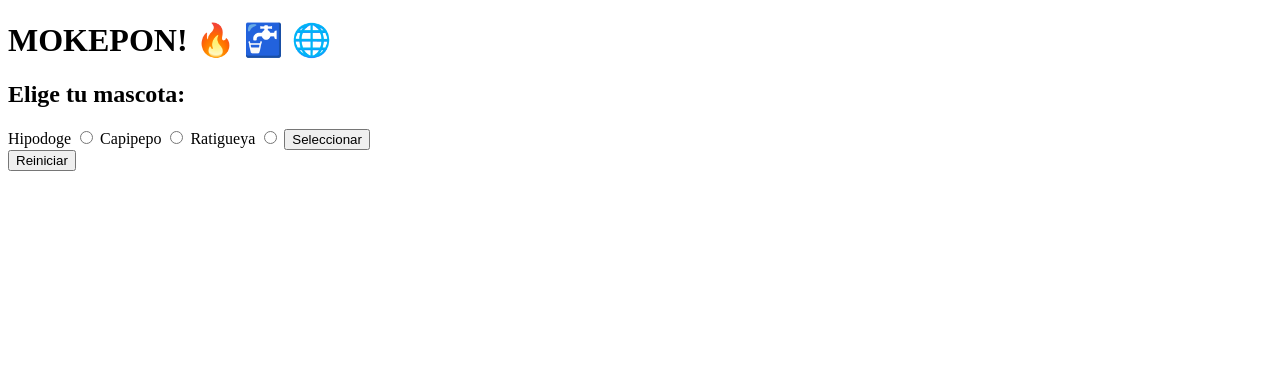
Repository: elto82/juegoMokepon
Page: mokepon/mokepon.html
These files come from the project's save history. The page is drawn as it stood at one moment and after the next save; the edit follows.
The browser window is 1280 px wide. The pictures show the whole page.
After loading, the first visible `#boton-mascota` was clicked once.

Above is the page before, as saved 2022-07-25 14:19:21.

### mokepon/mokepon.html
<!DOCTYPE html>
<html lang="en">

<head>
  <meta charset="UTF-8">
  <meta http-equiv="X-UA-Compatible" content="IE=edge">
  <meta name="viewport" content="width=device-width, initial-scale=1.0">
  <title>Mokepon</title>
  <script src="./js/mokepon.js"></script>
</head>

<body>
  <h1>MOKEPON! 🔥 🚰 🌐</h1>

  <section id="seleccionar-mascota">
    <h2>Elige tu mascota:</h2>

    <label for="hipodoge">Hipodoge</label>
    <input type="radio" name="mascota" id="hipodoge">

    <label for="capipepo">Capipepo</label>
    <input type="radio" name="mascota" id="capipepo">

    <label for="ratigueya">Ratigueya</label>
    <input type="radio" name="mascota" id="ratigueya">


    <button id="boton-mascota">Seleccionar</button>
  </section>

  <section id="seleccionar-ataque">
    <h2>Elige tu ataque:</h2>
    <p>Tu mascota <span id="mascota-jugador"></span> tiene <span id="vida-jugador">3</span> vidas</p>
    <p>la mascota <span id="mascota-enemigo"></span> del enemigo tiene <span id="vida-enemigo">3</span> vidas</p>
    <div>
      <button id="boton-fuego">Fuego 🔥</button>
      <button id="boton-agua">Agua 🚰</button>
      <button id="boton-tierra">Tierra 🌐</button>
    </div>
  </section>

  <section id="mensajes">
    <!--   <p>Tu mascota atacó con Fuego, las mascota del enemigo atacó con Tierra , ganaste 🎉</p>
 -->
  </section>

  <section id="reiniciar">
    <button id="boton-reiniciar">Reiniciar</button>

  </section>


</body>

</html>

### mokepon/js/mokepon.js
let ataqueJugador;
let ataqueEnemigo;
let vidasJugador = 3;
let vidasEnemigo = 3;

function iniciarJuego() {
  let sectionSeleccionarAtaque = document.getElementById('seleccionar-ataque')
  sectionSeleccionarAtaque.style.display = 'none'

  let botonMascotaJugador = document.getElementById("boton-mascota");
  botonMascotaJugador.addEventListener("click", seleccionarMascotaJugador);

  let botonFuego = document.getElementById("boton-fuego");
  botonFuego.addEventListener("click", ataqueFuego);
  let botonAgua = document.getElementById("boton-agua");
  botonAgua.addEventListener("click", ataqueAgua);
  let botonTierra = document.getElementById("boton-tierra");
  botonTierra.addEventListener("click", ataqueTierra);

  let botonReiniciar = document.getElementById("boton-reiniciar");
  botonReiniciar.addEventListener("click", reiniciarJuego);
}

function ataqueFuego() {
  ataqueJugador = "FUEGO";
  ataqueAleatorioEnemigo();
}

function ataqueAgua() {
  ataqueJugador = "AGUA";
  ataqueAleatorioEnemigo();
}

function ataqueTierra() {
  ataqueJugador = "TIERRA";
  ataqueAleatorioEnemigo();
}

function ataqueAleatorioEnemigo() {
  let ataqueAleatorio = aleatorio(1, 3);

  if (ataqueAleatorio == 1) {
    ataqueEnemigo = "FUEGO";
  } else if (ataqueAleatorio == 2) {
    ataqueEnemigo = "AGUA";
  } else {
    ataqueEnemigo = "TIERRA";
  }

  combate();
}

function combate() {
  let spanVidaJugador = document.getElementById("vida-jugador");
  let spanVidaEnemigo = document.getElementById("vida-enemigo");

  if (ataqueEnemigo == ataqueJugador) {
    crearMensaje("EMPATE.");
  } else if (ataqueJugador == "FUEGO" && ataqueEnemigo == "TIERRA") {
    crearMensaje("GANASTE.");
    vidasEnemigo--;
    spanVidaEnemigo.innerHTML = vidasEnemigo;
  } else if (ataqueJugador == "AGUA" && ataqueEnemigo == "FUEGO") {
    crearMensaje("GANASTE.");
    vidasEnemigo--;
    spanVidaEnemigo.innerHTML = vidasEnemigo;
  } else if (ataqueJugador == "TIERRA" && ataqueEnemigo == "AGUA") {
    crearMensaje("GANASTE.");
    vidasEnemigo--;
    spanVidaEnemigo.innerHTML = vidasEnemigo;
  } else {
    crearMensaje("PERDISTE.");
    vidasJugador--;
    spanVidaJugador.innerHTML = vidasJugador;
  }
  //revisar vidas
  revisarvidas();
}

function revisarvidas() {
  if (vidasEnemigo == 0) {
    crearMensajeFinal("FELICITACIONES! ganaste 🎉🎉🎉");
    alert("FELICITACIONES! ganaste 🎉🎉🎉");
  } else if (vidasJugador == 0) {
    crearMensajeFinal("LO SIENTO! perdiste 😥🥲😭");
    alert("LO SIENTO! perdiste 😥🥲😭");
  }
}

function crearMensajeFinal(resultadoFinal) {
  let sectionMensajes = document.getElementById("mensajes");

  let parrafo = document.createElement("p");
  parrafo.innerHTML = resultadoFinal;

  sectionMensajes.appendChild(parrafo);

  let botonFuego = document.getElementById("boton-fuego");
  botonFuego.disabled = true;
  let botonAgua = document.getElementById("boton-agua");
  botonAgua.disabled = true;
  let botonTierra = document.getElementById("boton-tierra");
  botonTierra.disabled = true;
}

function crearMensaje(resultado) {
  let sectionMensajes = document.getElementById("mensajes");

  let parrafo = document.createElement("p");
  parrafo.innerHTML = `Tu mascota atacó con ${ataqueJugador}, la mascota del enemigo ataco con ${ataqueEnemigo},${resultado}`;

  sectionMensajes.appendChild(parrafo);
}

function seleccionarMascotaJugador() {
  let sectionSeleccionarAtaque = document.getElementById('seleccionar-ataque')
  sectionSeleccionarAtaque.style.display = 'none'

  let inputHipodoge = document.getElementById("hipodoge");
  let inputCapipepo = document.getElementById("capipepo");
  let inputRatigueya = document.getElementById("ratigueya");

  let spanMascotaJugador = document.getElementById("mascota-jugador");

  if (inputHipodoge.checked) {
    spanMascotaJugador.innerHTML = "Hipodoge";
  } else if (inputCapipepo.checked) {
    spanMascotaJugador.innerHTML = "Capipepo";
  } else if (inputRatigueya.checked) {
    spanMascotaJugador.innerHTML = "Ratigueya";
  } else {
    alert("No has seleccionado una mascota");
    reiniciarJuego();
  }

  seleccionarMascotaEnemigo();
}

function aleatorio(min, max) {
  return Math.floor(Math.random() * (max - min + 1) + min);
}

function seleccionarMascotaEnemigo() {
  let mascotaAleatorio = aleatorio(1, 3);
  let spanMascotaEnemigo = document.getElementById("mascota-enemigo");

  if (mascotaAleatorio == 1) {
    //Hipodoge
    spanMascotaEnemigo.innerHTML = "Hipodoge";
  } else if (mascotaAleatorio == 2) {
    //Capipepo
    spanMascotaEnemigo.innerHTML = "Capipepo";
  } else {
    //Ratigueya
    spanMascotaEnemigo.innerHTML = "Ratigueya";
  }
}

function reiniciarJuego() {
  location.reload();
}

window.addEventListener("load", iniciarJuego);

After the next save:
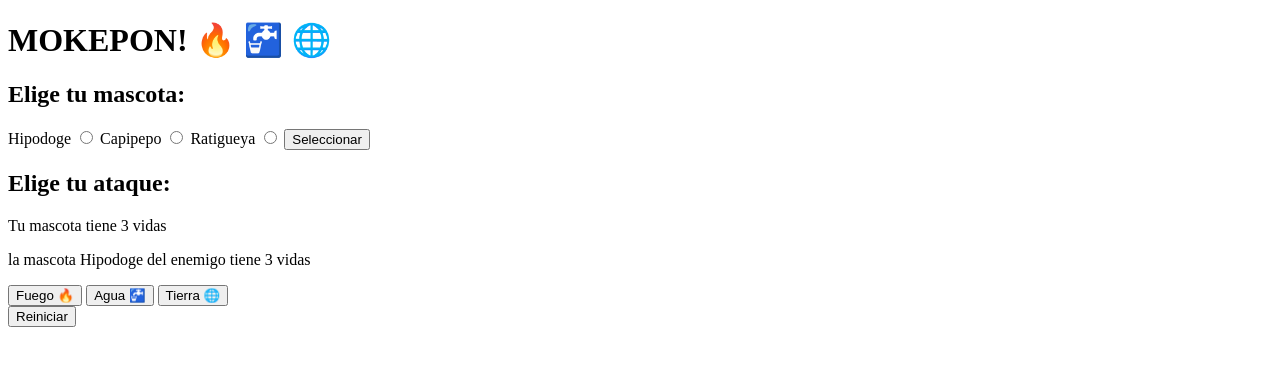
Saved 16 s later.
--- a/mokepon/js/mokepon.js
+++ b/mokepon/js/mokepon.js
@@ -114,7 +114,7 @@ function crearMensaje(resultado) {
 
 function seleccionarMascotaJugador() {
   let sectionSeleccionarAtaque = document.getElementById('seleccionar-ataque')
-  sectionSeleccionarAtaque.style.display = 'none'
+  sectionSeleccionarAtaque.style.display = 'block'
 
   let inputHipodoge = document.getElementById("hipodoge");
   let inputCapipepo = document.getElementById("capipepo");
